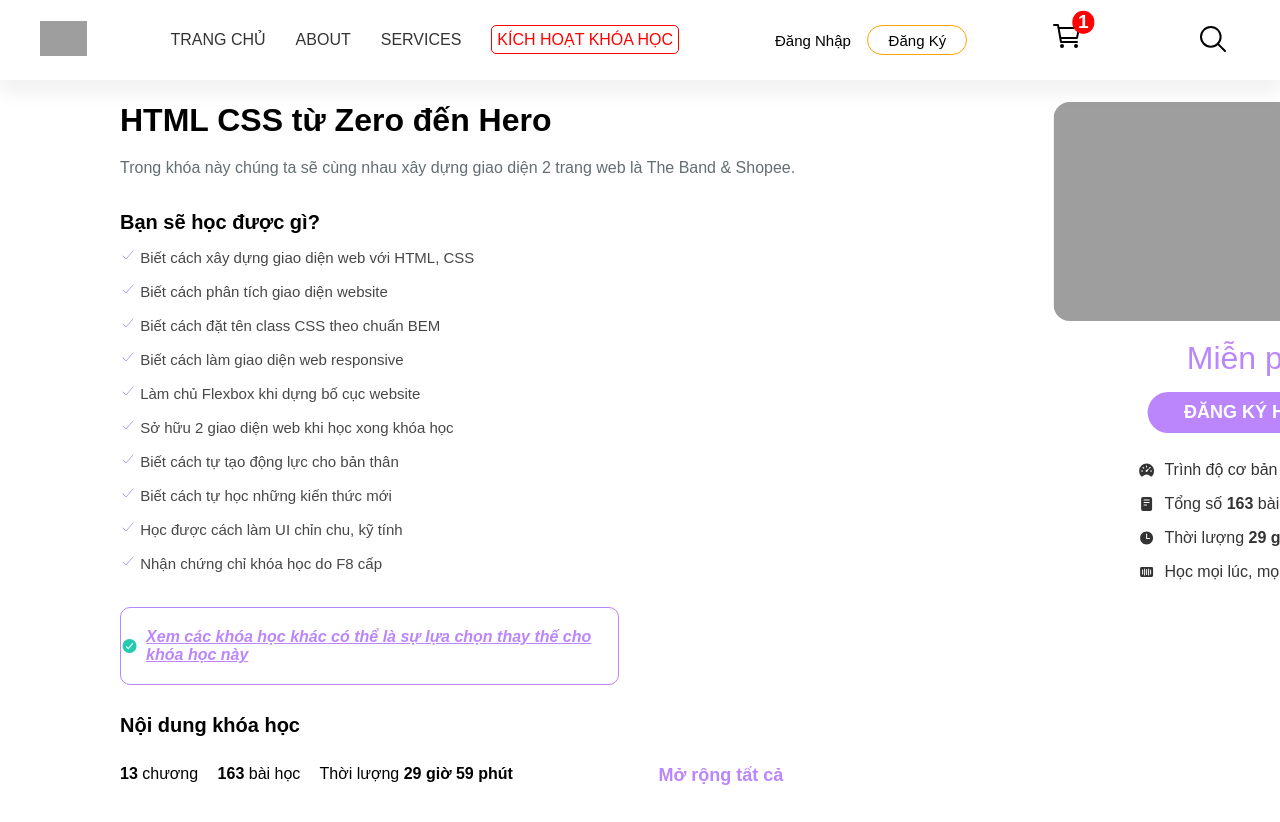
Repository: hoanghuuphuc/hoanghuuphuc
Page: details.html
These files come from the project's save history. The page is drawn as it stood at one moment and after the next save; the edit follows.
The browser window is 1280 px wide. The pictures show the whole page.
Pictures or frames that could not be fetched are drawn as grey boxes.

Above is the page before, as saved 2022-12-12 00:11:39.
Console error: TypeError: Cannot read properties of null (reading 'addEventListener')

### details.html
<!DOCTYPE html>
<html lang="en">
  <head>
    <meta charset="UTF-8" />
    <meta http-equiv="X-UA-Compatible" content="IE=edge" />
    <meta name="viewport" content="width=device-width, initial-scale=1.0" />
    <title>Product-Details</title>
    <link rel="stylesheet" href="./style.css" />
    <link rel="stylesheet" href="./rps_mobile.css" />
    <link rel="preconnect" href="https://fonts.gstatic.com" />
  </head>
  <body>
    <header>
      <div class="logo">
        <a href="">
          <img id="img" src="./Img/logene.jfif" alt="" />
        </a>
      </div>
      <div class="group">
        <ul class="navigation">
          <li><a href="">Trang Chủ</a></li>
          <li><a href="">About</a></li>
          <li><a href="">Services</a></li>
          <li><a id="active" href="">Kích Hoạt Khóa Học</a></li>
        </ul>
      </div>
      <div class="User">
        <div class="but">
          <button>Đăng Nhập</button>
          <button>Đăng Ký</button>
        </div>
      </div>
      <div class="icons">
        <ion-icon name="cart-outline"></ion-icon>
        <span>1</span>
      </div>
      <div class="search">
        <span class="icon">
          <ion-icon name="search-outline" class="searchBtn"></ion-icon>
          <ion-icon name="close-outline" class="closeBtn"></ion-icon>
        </span>
      </div>
      <ion-icon name="menu-outline" class="menuToggle"></ion-icon>
      <div class="searchBox">
        <input type="text" placeholder="Search here . . ." />
      </div>
    </header>
    <div class="details-section">
      <div class="details-left">
        <div class="details-left-name">
          <h1>HTML CSS từ Zero đến Hero</h1>
          <span
            >Trong khóa này chúng ta sẽ cùng nhau xây dựng giao diện 2 trang web
            là The Band & Shopee.</span
          >
        </div>
        <span class="bonus">Bạn sẽ học được gì?</span>
        <div class="details-left-content">
          <ul>
            <li>
              <ion-icon name="checkmark-outline"></ion-icon>
              Biết cách xây dựng giao diện web với HTML, CSS
            </li>
            <li>
              <ion-icon name="checkmark-outline"></ion-icon>
              Biết cách phân tích giao diện website
            </li>
            <li>
              <ion-icon name="checkmark-outline"></ion-icon>
              Biết cách đặt tên class CSS theo chuẩn BEM
            </li>
            <li>
              <ion-icon name="checkmark-outline"></ion-icon>
              Biết cách làm giao diện web responsive
            </li>
            <li>
              <ion-icon name="checkmark-outline"></ion-icon>
              Làm chủ Flexbox khi dựng bố cục website
            </li>
          </ul>
          <ul>
            <li>
              <ion-icon name="checkmark-outline"></ion-icon>
              Sở hữu 2 giao diện web khi học xong khóa học
            </li>
            <li>
              <ion-icon name="checkmark-outline"></ion-icon>
              Biết cách tự tạo động lực cho bản thân
            </li>
            <li>
              <ion-icon name="checkmark-outline"></ion-icon>
              Biết cách tự học những kiến thức mới
            </li>
            <li>
              <ion-icon name="checkmark-outline"></ion-icon>
              Học được cách làm UI chỉn chu, kỹ tính
            </li>
            <li>
              <ion-icon name="checkmark-outline"></ion-icon>
              Nhận chứng chỉ khóa học do F8 cấp
            </li>
          </ul>
        </div>
        <div class="details-left-tag">
          <ion-icon name="checkmark-circle"></ion-icon>
          <a href="#">
            Xem các khóa học khác có thể là sự lựa chọn thay thế cho khóa học
            này
          </a>
        </div>
        <span class="cont">Nội dung khóa học</span>
        <div class="details-left-content-2">
          <div class="details-left-content-header1">
            <span class="sp"><strong>13</strong> chương</span>
            <span class="sp"><strong>163</strong> bài học</span>
            <span class="sp">Thời lượng <strong>29 giờ 59 phút</strong></span>
          </div>
          <div class="details-left-content-header2">
            <span>Mở rộng tất cả</span>
          </div>
        </div>
      </div>
      <div class="details-right">
        <div class="details-right-video">
          <iframe
            width="389"
            height="219"
            src="https://www.youtube.com/embed/YTDHcEJs684"
            title="YouTube video player"
            frameborder="0"
            allow="accelerometer; autoplay; clipboard-write; encrypted-media; gyroscope; picture-in-picture"
            allowfullscreen></iframe>
        </div>
        <div class="details-right-content1">
          <span>Miễn phí</span>
          <button>ĐĂNG KÝ HỌC</button>
        </div>
        <div class="details-right-content2">
          <ul>
            <li>
              <ion-icon name="speedometer"></ion-icon
              ><span>Trình độ cơ bản</span>
            </li>
            <li>
              <ion-icon name="reader"></ion-icon>
              <span>Tổng số <strong>163</strong> bài học</span>
            </li>
            <li>
              <ion-icon name="time"></ion-icon>
              <span>Thời lượng <strong>29 giờ 59 phút</strong> </span>
            </li>
            <li>
              <ion-icon name="barcode"></ion-icon
              ><span> Học mọi lúc, mọi nơi </span>
            </li>
          </ul>
        </div>
      </div>
    </div>

    <script src="./app.js"></script>
    <script
      type="module"
      src="https://unpkg.com/ionicons@5.5.2/dist/ionicons/ionicons.esm.js"></script>
    <script
      nomodule
      src="https://unpkg.com/ionicons@5.5.2/dist/ionicons/ionicons.js"></script>
  </body>
</html>

### style.css
* {
  margin: 0;
  padding: 0;
  box-sizing: border-box;
  font-family: "Poppins", sans-serif;
}
body {
  min-height: 100vh;
  overflow-x: hidden;
}
header {
  position: absolute;
  position: fixed;
  z-index: 100;
  top: 0;
  left: 0;
  width: 100%;
  height: 80px;
  background: #fff;
  padding: 20px 40px;
  display: flex;
  justify-content: space-between;
  align-items: center;
  box-shadow: 0px 15px 15px rgba(0, 0, 0, 0.05);
}
.logo img {
  height: 35px;
}
.group {
  display: flex;
  align-items: center;
}
header ul {
  position: relative;
  display: flex;
  gap: 30px;
}
header ul li {
  list-style: none;
}
header ul li a {
  position: relative;
  text-decoration: none;
  font-size: 1em;
  color: #333;
  text-transform: uppercase;
}
header ul li #active {
  border: 1px solid red;
  padding: 5px;
  color: red;
  border-radius: 5px;
}
header ul li a::before {
  content: "";
  position: absolute;
  bottom: -2px;
  width: 100%;
  height: 2px;
  background: #333;
  transform: scaleX(0);
  transition: transform 0.5s ease-in-out;
  transform-origin: right;
}
header ul li a:hover {
  opacity: 0.5;
}
header .User {
  display: flex;
  align-items: center;
}
header .User .but button:nth-child(1) {
  color: #000;
  font-size: 15px;
  height: 30px;
  width: 100px;
  outline: none;
  border: none;
  background: #fff;
}
header .User .but button:nth-child(2) {
  color: #000;
  font-size: 15px;
  height: 30px;
  width: 100px;
  border: 1px solid orange;
  background: #fff;
  border-radius: 15px;
}
header .User .but button:hover {
  opacity: 0.5;
}
header .icons {
  font-size: 2em;
  position: relative;
}
header .icons span {
  position: absolute;
  top: 0%;
  right: 0%;
  line-height: 5%;
  margin-bottom: 50px;
  font-size: 60%;
  color: #fff;
  border: 1px solid red;
  background: red;
  padding: 10px 5px 10px 5px;
  text-align: center;
  font-family: Arial, Helvetica, sans-serif;
  transform: translateX(50%) translateY(-40%);
  border-radius: 100%;
  font-weight: bold;
}
header .search {
  position: relative;
  display: flex;
  justify-content: center;
  align-items: center;
  font-size: 2em;
  z-index: 10;
  cursor: pointer;
}
.searchBox {
  position: absolute;
  right: -100%;
  width: 100%;
  height: 100%;
  display: flex;
  background: #fff;
  align-items: center;
  padding: 0 30px;
  transition: 0.5s ease-in-out;
}
.searchBox.active {
  right: 0;
}
.searchBox input {
  width: 100%;
  border: none;
  outline: none;
  height: 50px;
  color: #333;
  font-size: 1.25em;
  background: #fff;
  border-bottom: 1px solid rgba(0, 0, 0, 0.5);
}
.searchBtn {
  position: relative;
  left: 30px;
  top: 2.5px;
  transition: 0.5s ease-in-out;
}
.searchBtn.active {
  left: 0;
}
.closeBtn {
  opacity: 0;
  visibility: hidden;
  transition: 0.5s;
  scale: 0;
}
.closeBtn.active {
  opacity: 1;
  visibility: visible;
  transition: 0.5s;
  scale: 1;
}
.menuToggle {
  position: relative;
  display: none;
  left: 0;
}
.banner img {
  background-repeat: no-repeat;
  background-size: cover;
  margin-top: 4%;
}
.content {
  display: flex;
  flex-direction: row;
  margin-top: 50px;
  user-select: none;
  justify-content: center;
}
.content .content-1 {
  background-color: black;
  height: 2px;
  width: 200px;
}
.content .content-2 {
  font-size: 30px;
  font-family: "Segoe UI", Tahoma, Geneva, Verdana, sans-serif;
  font-weight: 600;
  padding: 10px;
  margin-top: -32px;
}
.content .content-3 {
  background-color: black;
  height: 2px;
  width: 200px;
}
.boxs {
  display: flex;
  justify-content: center;
  flex-wrap: wrap;
}
.box {
  margin-top: 10px;
  padding: 20px;
  margin: 10px;
  background: #f0f0f0;
  border-radius: 15px;
}
.box-image img {
  height: 250px;
  border-radius: 5%;
}
.box-content .box-name {
  display: flex;
  justify-content: center;
  align-items: center;
  padding: 10px;
}
.box-content .box-name span {
  font-weight: 700;
  margin-right: 5px;
  font-size: 20px;
  font-family: "Segoe UI", Tahoma, Geneva, Verdana, sans-serif;
  overflow: hidden;
  text-overflow: ellipsis;
  white-space: nowrap;
  width: 200px;
  text-align: center;
}
.box-content .box-price {
  display: flex;
  flex-direction: column;
  justify-content: center;
  padding: 5px 10px 10px 10px;
}
.box-content .box-price .price {
  padding: 0px 10px 10px 10px;
}
.price {
  overflow: hidden;
  text-overflow: ellipsis;
  white-space: nowrap;
  width: 210px;
}
.box-content .box-price .price span {
  font-size: 18px;
  font-weight: 500;
}
.box-content .box-price .price a {
  font-weight: 600;
}
.sale {
  overflow: hidden;
  text-overflow: ellipsis;
  white-space: nowrap;
  width: 210px;
}
.box-content .box-price .sale {
  padding: 0px 10px 0px 10px;
}
.box-content .box-price .sale span {
  font-size: 18px;
}
.box-content .box-price .sale a {
  font-size: 18px;
  color: red;
  font-weight: bold;
  text-decoration: none;
}
.box-btn {
  display: flex;
  justify-content: space-between;
  align-items: center;
  border-top: 1px solid #c0c0c0;
}
.box-btn button {
  padding: 5px 20px;
  font-size: 16px;
  font-weight: 500;
  font-family: "Lucida Sans", "Lucida Sans Regular", "Lucida Grande",
    "Lucida Sans Unicode", Geneva, Verdana, sans-serif;
  color: orangered;
  border: 1px solid orangered;
  border-radius: 5px;
  margin-top: 15px;
}
.box-btn button:hover {
  opacity: 0.5;
}
.box-btn ion-icon {
  font-size: 25px;
  font-weight: 500;
  color: orangered;
  margin-top: 15px;
  font-weight: 300;
}
.box-btn ion-icon:hover {
  opacity: 0.5;
}
.title {
  padding: 20px 0px 20px 150px;
}
.title span {
  font-size: 18px;
}
.tabs {
  display: flex;
  justify-content: flex-start;
  padding: 10px 150px 0px 150px;
  flex-wrap: wrap;
}
.tabs .tab-item {
  margin: 0px 0px 0px 5px;
}
.tabs .line {
  position: absolute;
  left: 0;
  bottom: 0;
  width: 0;
  height: 6px;
  border-radius: 15px;
  transition: all 0.2s ease;
}
.tab-item {
  min-width: 80px;
  padding: 5px 10px;
  font-size: 20px;
  text-align: center;
  color: #181821;
  background-color: #dee1e2;
  border-top-left-radius: 5px;
  border-top-right-radius: 5px;
  border-bottom: 5px solid transparent;
  opacity: 0.6;
  cursor: pointer;
  transition: all 0.5s ease;
  display: flex;
  justify-content: center;
  align-items: center;
  border-bottom: 2px solid #000;
}
.tab-icon {
  font-size: 24px;
  position: relative;
}
.tab-item:hover {
  opacity: 1;
  background-color: rgba(194, 53, 100, 0.05);
  border-color: rgba(194, 53, 100, 0.1);
}
.tab-item.active {
  opacity: 1;
  color: #ff4500;
  font-weight: 500;
  border-bottom: 2px solid #ff4500;
}
.tab-content {
  padding: 28px 0px 0px 150px;
}
.tab-pane {
  color: #333;
  display: none;
}
.tab-pane.active {
  display: block;
}
.tab-pane h2 {
  font-size: 24px;
  margin-bottom: 8px;
}
.boxeds {
  display: flex;
  flex-wrap: wrap;
}
.boxed {
  margin-top: 10px;
  padding: 20px;
  margin: 20px 20px 10px 0px;
  background: #f0f0f0;
  border-radius: 15px;
}
.boxed-image img {
  height: 250px;
  width: auto;
  border-radius: 10px;
  overflow: hidden;
  object-fit: cover;
}
.boxed-content .boxed-content-name {
  display: flex;
  justify-content: center;
  align-items: center;
  padding: 10px;
}
.boxed-content-name span {
  font-weight: 600;
  margin-right: 5px;
  font-size: 20px;
  font-family: "Segoe UI", Tahoma, Geneva, Verdana, sans-serif;
  overflow: hidden;
  text-overflow: ellipsis;
  white-space: nowrap;
  width: 200px;
  text-align: center;
  font-weight: 700;
}
.boxed-content-price {
  padding: 5px 10px 10px 10px;
}
.boxed-content-price1 span {
  font-size: 18px;
  font-weight: 500;
}
.boxed-content-price1 a {
  font-weight: 600;
}
.boxed-content-sale {
  padding: 10px 10px 10px 0px;
}
.boxed-content-sale span {
  font-size: 18px;
  font-weight: 500;
}
.boxed-content-sale a {
  font-weight: 600;
  color: red;
}
.boxed-content-btn {
  display: flex;
  justify-content: space-between;
  align-items: center;
  border-top: 1px solid #c0c0c0;
}
.boxed-content-btn button {
  padding: 5px 20px;
  font-size: 16px;
  font-weight: 500;
  font-family: "Lucida Sans", "Lucida Sans Regular", "Lucida Grande",
    "Lucida Sans Unicode", Geneva, Verdana, sans-serif;
  color: orangered;
  border: 1px solid orangered;
  border-radius: 5px;
  margin-top: 15px;
}
.boxed-content-btn button:hover {
  opacity: 0.5;
}
.boxed-content-btn ion-icon {
  font-size: 25px;
  font-weight: 500;
  color: orangered;
  margin-top: 15px;
  font-weight: 300;
}
.boxed-content-btn ion-icon:hover {
  opacity: 0.5;
}
footer {
  background: #181821;
  display: flex;
  justify-content: space-around;
  padding: 100px;
}
.footer-one a {
  font-size: 25px;
  padding: 5px;
  color: #fff;
  font-weight: 600;
}
.footer-one ul li {
  color: #a9b3bb;
  list-style: none;
  padding: 5px;
  font-size: 16px;
}
.footer-one span {
  font-style: italic;
}
.footer-two span {
  font-size: 25px;
  padding: 5px;
  color: #fff;
  font-weight: 600;
}
.footer-two ul li {
  color: #a9b3bb;
  list-style: none;
  padding: 5px;
  font-size: 16px;
}
.footer-three span {
  font-size: 25px;
  padding: 5px;
  color: #fff;
  font-weight: 600;
}
.footer-three ul li {
  color: #a9b3bb;
  list-style: none;
  padding: 5px;
  font-size: 16px;
}
.footers {
  display: flex;
  justify-content: space-around;
  background: #181821;
  padding: 10px;
  border-top: 2px solid #333;
  align-items: center;
}
.footers-text {
  color: #a9b3bb;
  font-size: 16px;
}
.footers-media img {
  width: auto;
  height: 40px;
  object-fit: cover;
  padding: 5px;
}
/* Css của form login */
.container {
  display: flex;
  justify-content: center;
  flex-direction: column;
  align-items: center;
  min-height: 100vh;
}
.form-login {
  border: 1px solid #999;
  padding: 50px 50px 30px 50px;
  width: 400px;
}
.form-login-input {
  margin: 15px 0;
}
.form-login-image {
  display: flex;
  justify-content: center;
  margin-bottom: 50px;
}
.form-input {
  border: 1px solid #999;
  border-radius: 4px;
  width: 100%;
  height: 50px;
  padding: 0 20px;
  transition: 0.25s ease;
  outline: none;
}
.form-input:focus {
  border-color: #ff4500;
}
.form-login-input {
  position: relative;
}
.form-label {
  position: absolute;
  top: 50%;
  transform: translateY(-50%);
  left: 21px;
  user-select: none;
  color: #999;
  pointer-events: none;
  transition: 0.25s ease;
}
.form-input:not(:placeholder-shown) + .form-label,
.form-input:focus + .form-label {
  top: 0;
  left: 11px;
  padding: 0 10px;
  display: inline-block;
  background-color: #fff;
  color: #ff4500;
  font-weight: 500;
  font-size: 14px;
}
.form-login-input .fa-regular {
  position: absolute;
  left: 90%;
  top: 18px;
  cursor: pointer;
}
.form-login-input .hidden {
  display: none;
}
.remember {
  display: flex;
  align-items: center;
}
.remember span {
  color: #999;
  margin-left: 10px;
}
.btn-login button {
  margin-top: 10px;
  width: 100%;
  padding: 8px;
  font-weight: 600;
  font-style: 20px;
  transition: 0.25s ease;
  font-family: "Segoe UI", Tahoma, Geneva, Verdana, sans-serif;
}
.btn-login button:hover {
  opacity: 0.5;
}
.or {
  display: flex;
  flex-direction: row;
  margin-top: 20px;
  user-select: none;
  justify-content: center;
}
.or-left {
  background-color: #999;
  height: 1px;
  width: 45%;
}
.or-center {
  font-family: "Segoe UI", Tahoma, Geneva, Verdana, sans-serif;
  font-weight: 600;
  padding: 10px;
  margin-top: -22px;
  color: #999;
}
.or-right {
  background-color: #999;
  height: 1px;
  width: 45%;
}
.forgot {
  padding-top: 20px;
  display: flex;
  justify-content: flex-end;
}
.forgot a {
  text-decoration: none;
  font-weight: 500;
  color: rgb(0, 149, 246);
}
.logins {
  display: grid;
  grid-template-columns: 1fr 3fr;
  align-items: center;
  padding: 0 10px;
}
.logins a {
  text-decoration: none;
}
.logins span {
  color: #333;
  padding-left: 10%;
  font-weight: 600;
  font-family: "Segoe UI", Tahoma, Geneva, Verdana, sans-serif;
}
.logins img {
  height: 30px;
  margin-left: 10px;
  transform: translateX(100%);
}
.login-facebook {
  margin-bottom: 10px;
}
.form-login-2 {
  border: 1px solid #999;
  padding: 20px 60px;
  margin-top: 10px;
}
.form-login-2 span a {
  text-decoration: none;
  font-weight: 600;
  color: rgb(0, 149, 246);
  font-family: "Segoe UI", Tahoma, Geneva, Verdana, sans-serif;
}
/* Css của trang chi tiết */
.details-section {
  margin-top: 8%;
  display: grid;
  grid-template-columns: 2fr 1fr;
  padding: 0 120px;
}
.details-left-name {
  margin-bottom: 20px;
}
.details-left-name h1 {
  margin-bottom: 20px;
}
.details-left-name span {
  font-weight: 300;
  color: #636e72;
}
.details-section .bonus {
  font-weight: 600;
  font-size: 20px;
  line-height: 50px;
}
.details-left-content {
  display: flex;
  flex-wrap: wrap;
  justify-content: flex-start;
  align-items: center;
}
.details-left-content ul li {
  list-style: none;
  margin-bottom: 15px;
  padding-left: 0;
  margin-right: 30px;
  font-size: 15px;
  color: #333;
  font-weight: 300;
  opacity: 0.9;
}
.details-left-content ul li ion-icon {
  color: #a29bfe;
  font-weight: bold;
  font-size: 16px;
}
.details-left-tag {
  margin-top: 20px;
  display: flex;
  align-items: center;
  justify-content: center;
  border: 1px solid #bb86fc;
  width: 72%;
  padding: 20px 0px;
  border-radius: 10px;
}
.details-left-tag ion-icon {
  margin-right: 8px;
  color: #22caaf;
  font-size: 20px;
}
.details-left-tag a {
  font-weight: 600;
  font-style: italic;
  color: #bb86fc;
  text-decoration: none;
  text-decoration-line: underline;
}
.cont {
  font-weight: 600;
  font-size: 20px;
  line-height: 80px;
}
.details-left-content-2 {
  display: flex;
  justify-content: space-between;
  padding: 0px 30px 0px 0px;
}
.details-left-content-header1 span {
  padding: 0 15px 0px 0px;
}
.details-left-content-header2 span {
  font-weight: 600;
  color: #bb86fc;
  font-size: 18px;
}
/* Css right */
.details-right {
  display: flex;
  flex-direction: column;
  align-items: center;
  position: fixed;
  transform: translateX(240%);
}
.details-right-video iframe {
  border-radius: 16px;
}
.details-right-content1 {
  display: flex;
  flex-direction: column;
  align-items: center;
}
.details-right-content1 span {
  margin: 15px;
  font-size: 32px;
  user-select: none;
  color: #bb86fc !important;
}
.details-right-content1 button {
  font-size: 1rem;
  padding: 10px 36px;
  border-radius: 999px !important;
  border: none;
  background: #bb86fc !important;
  color: #fff;
  font-size: 18px;
  font-weight: 600;
}
.details-right-content2 {
  margin-top: 20px;
  display: flex;
  align-items: center;
  justify-content: center;
  width: 100%;
}
.details-right-content2 ul li {
  width: 100%;
  list-style: none;
  padding: 8px;
  display: flex;
  align-items: center;
  opacity: 0.8;
}
.details-right-content2 ul li ion-icon {
  padding-right: 10px;
}

### app.js
let searchBtn = document.querySelector(".searchBtn");
let closeBtn = document.querySelector(".closeBtn");
let searchBox = document.querySelector(".searchBox");
let navigation = document.querySelector(".navigation");
let menuToggle = document.querySelector(".menuToggle");
let header = document.querySelector("header");
searchBtn.onclick = function () {
  searchBox.classList.add("active");
  closeBtn.classList.add("active");
  searchBtn.classList.add("active");
  menuToggle.classList.add("hide");
  header.classList.remove("open");
};
closeBtn.onclick = function () {
  searchBox.classList.remove("active");
  closeBtn.classList.remove("active");
  searchBtn.classList.remove("active");
  menuToggle.classList.remove("hide");
};
menuToggle.onclick = function () {
  header.classList.toggle("open");
  searchBox.classList.remove("active");
  closeBtn.classList.remove("active");
  searchBtn.classList.remove("active");
};
const $ = document.querySelector.bind(document);
const $$ = document.querySelectorAll.bind(document);

const tabs = $$(".tab-item");
const panes = $$(".tab-pane");

const tabActive = $(".tab-item.active");
const line = $(".tabs .line");

// SonDN fixed - Active size wrong size on first load.
// Original post: https://www.facebook.com/groups/649972919142215/?multi_permalinks=1175881616551340
requestIdleCallback(function () {
  line.style.left = tabActive.offsetLeft + "px";
  line.style.width = tabActive.offsetWidth + "px";
});

tabs.forEach((tab, index) => {
  const pane = panes[index];

  tab.onclick = function () {
    $(".tab-item.active").classList.remove("active");
    $(".tab-pane.active").classList.remove("active");

    line.style.left = this.offsetLeft + "px";
    line.style.width = this.offsetWidth + "px";

    this.classList.add("active");
    pane.classList.add("active");
  };
});
const input = document.querySelector(".form-input");
const eyeOpen = document.querySelector(".eye-open");
const eyeClose = document.querySelector(".eye-close");
eyeOpen.addEventListener("click", function () {
  eyeOpen.classList.add("hidden");
  eyeClose.classList.remove("hidden");
  input.setAttribute("type", "password");
});
eyeClose.addEventListener("click", function () {
  eyeOpen.classList.remove("hidden");
  eyeClose.classList.add("hidden");
  input.setAttribute("type", "text");
});

Loaded but not shown: css/rps_mobile.css (no copy from this time; the picture is the same without it)

After the next save:
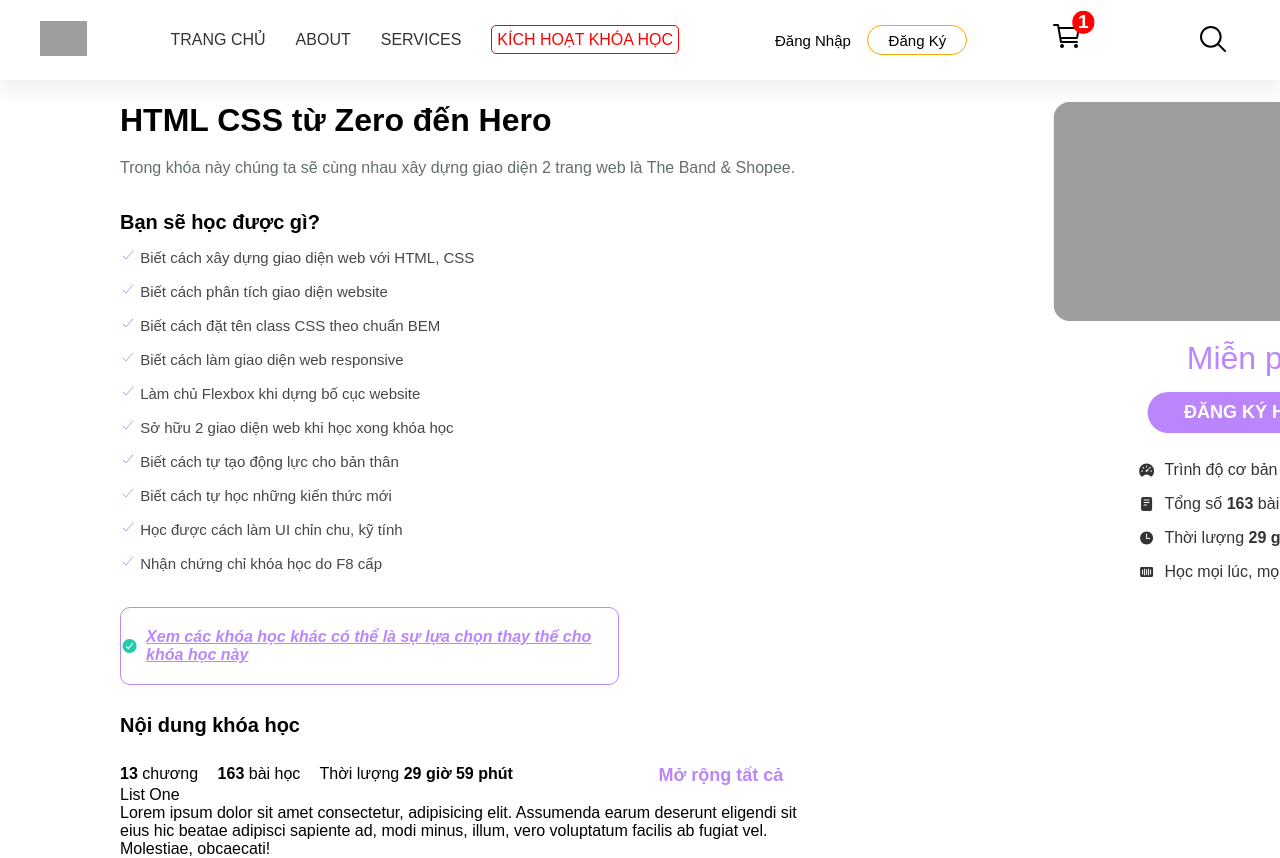
Saved 2 min 41 s later.
--- a/details.html
+++ b/details.html
@@ -119,6 +119,19 @@
             <span>Mở rộng tất cả</span>
           </div>
         </div>
+        <div class="accordion">
+          <div class="contentBx">
+            <div class="accordion-label">List One</div>
+            <div class="accordion-content">
+              <p>
+                Lorem ipsum dolor sit amet consectetur, adipisicing elit.
+                Assumenda earum deserunt eligendi sit eius hic beatae adipisci
+                sapiente ad, modi minus, illum, vero voluptatum facilis ab
+                fugiat vel. Molestiae, obcaecati!
+              </p>
+            </div>
+          </div>
+        </div>
       </div>
       <div class="details-right">
         <div class="details-right-video">
